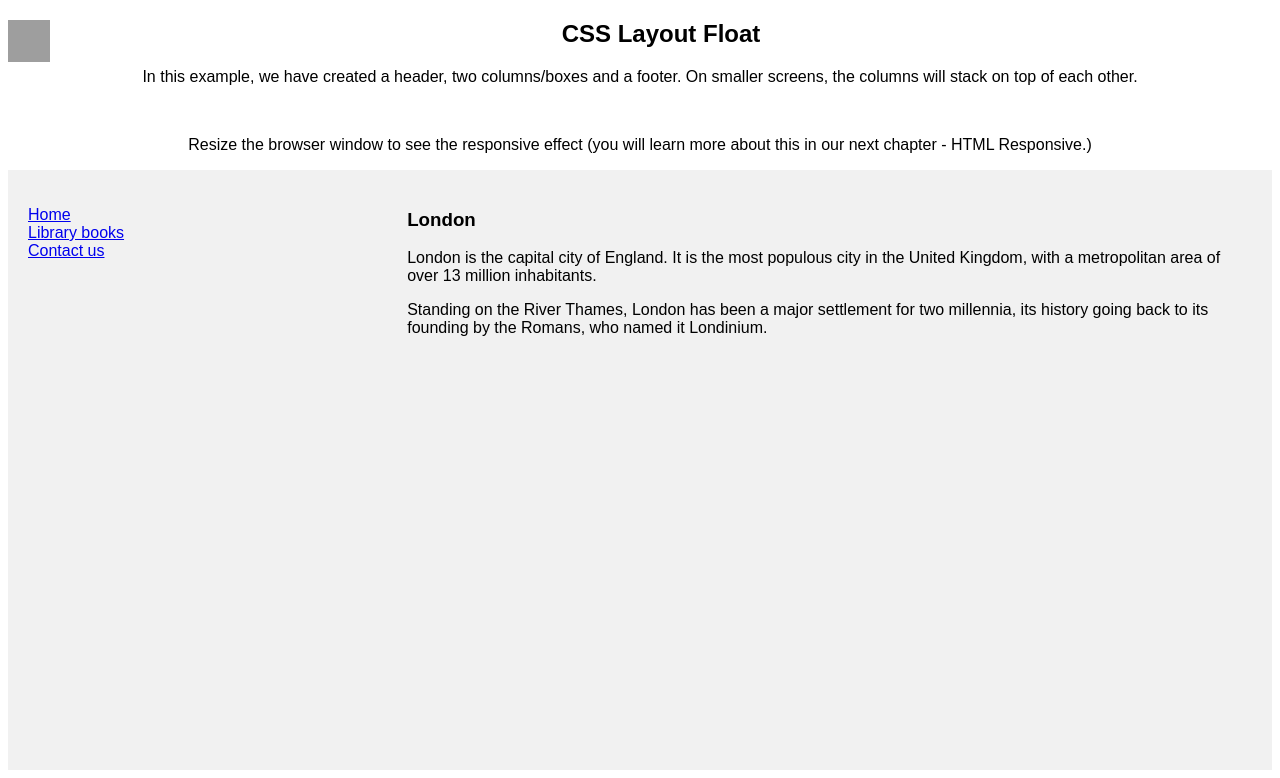
Repository: sandunigayanjali/Library_System
Page: http://localhost/library_management/bookProfille.jsp
These files come from the project's save history. The page is drawn as it stood at one moment and after the next save; the edit follows.
The browser window is 1280 px wide. The pictures show the whole page.
Pictures or frames that could not be fetched are drawn as grey boxes. The page is served by Tomcat 9.

Above is the page before, as saved 2018-11-24 11:47:51.

After the next save:
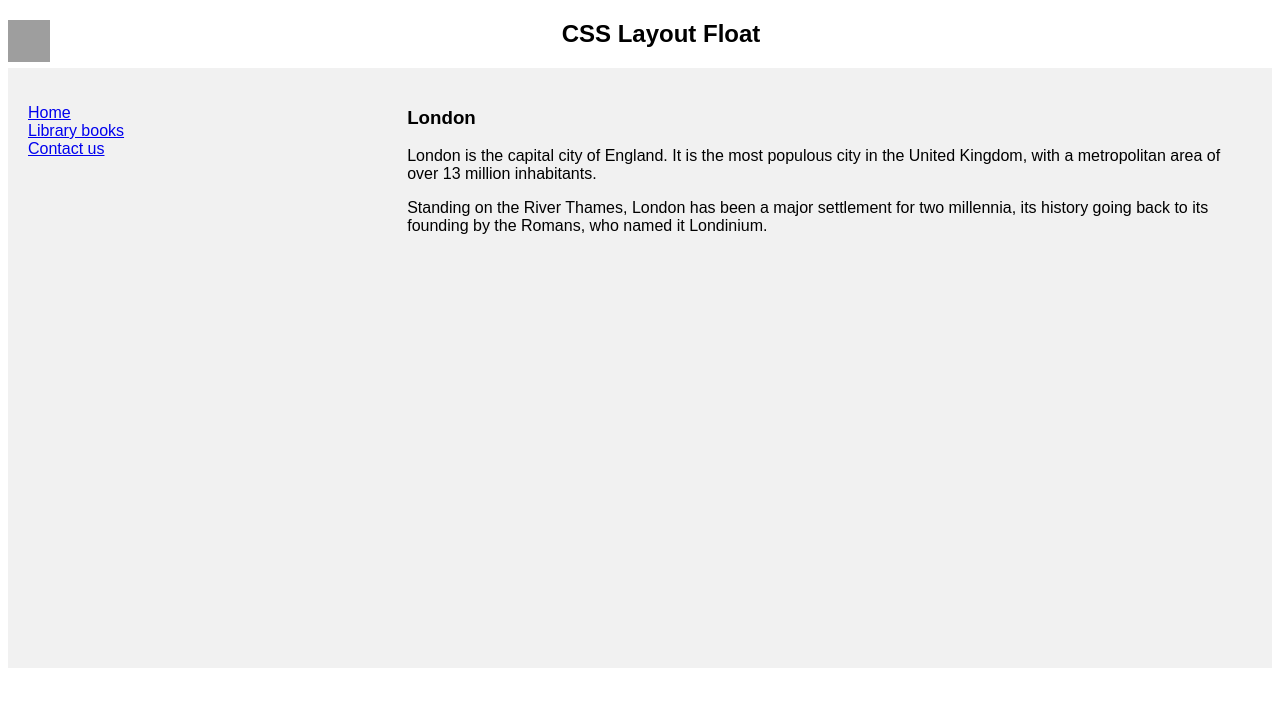
Saved 61 s later.
--- a/library management/WebContent/bookProfille.jsp
+++ b/library management/WebContent/bookProfille.jsp
@@ -73,12 +73,7 @@ section:after {
 <center>
 <img src="E:\desktop\level 2 semester 2\PROJECT\th.jpg" alt="HTML tutorial" style="float:left;width:42px;height:42px;border:0;">
 <h2>CSS Layout Float</h2>
-<p>In this example, we have created a header, two columns/boxes and a footer. On smaller screens, the columns will stack on top of each other.</p>
-
-<br>
-<p>Resize the browser window to see the responsive effect (you will learn more about this in our next chapter - HTML Responsive.)</p>
-
- </center>
+</center>
 
 <section>
   <nav>
